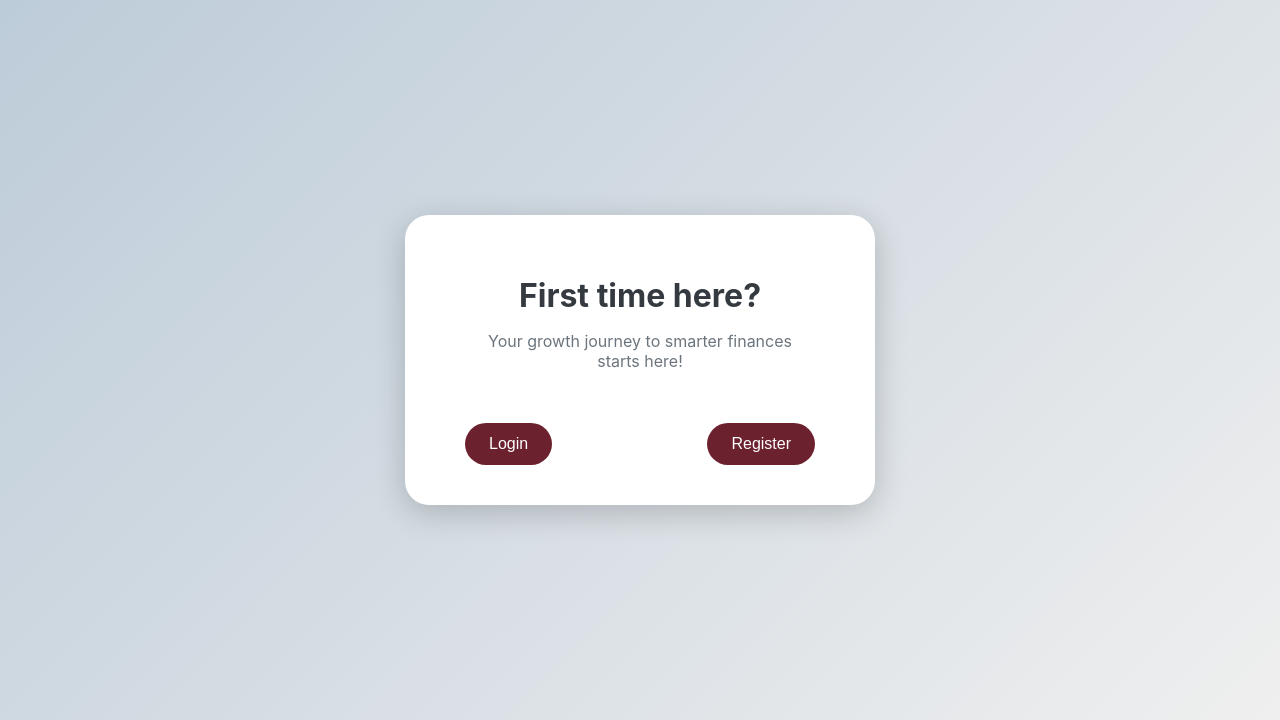
Repository: aab232/https---github.com-aab232-Deferred-Payment-Platform
Page: / (app in frontend/)
The author's editor kept a copy of each file at every save. The page is drawn from the files as they stood at one save, then again after the next save.
The browser window is 1280 px wide. The pictures show the whole page.
The project was rebuilt for these pictures with package versions that can differ from the ones it lists, and the page was loaded fresh each time. Also part of the build but not shown: frontend/src/components/Register.js, frontend/src/components/Login.js, frontend/src/components/Main.js.

Above is the page before, as saved 2025-03-19 13:37:40.

### frontend/src/App.js
import React from 'react';
import { BrowserRouter as Router, Routes, Route } from 'react-router-dom';
import Home from './components/Home';
import Register from './components/Register';
import Login from './components/Login';
import Main from './components/Main';

const App = () => {
  return (
    <Router>
      <Routes>
        <Route path="/" element={<Home />} />
        <Route path="/login" element={<Login />} />
        <Route path="/register" element={<Register />} />
        <Route path="/main" element={<Main />} />
      </Routes>
    </Router>
  );
};

export default App;

### frontend/src/components/Home.js
import React from 'react';
import { useNavigate } from 'react-router-dom';
import './Home.css';

const Home = () => {
  const navigate = useNavigate();

  return (
    <div className="container">
      <div className="card">
        <h1>First time here?</h1>
        <p>Your growth journey to smarter finances starts here!</p>
        <div className="button-group">
          <button onClick={() => navigate('/login')} className="btn">Login</button>
          <button onClick={() => navigate('/register')} className="btn">Register</button>
        </div>
      </div>
    </div>
  );
};

export default Home;

### frontend/src/components/Home.css
.container {
    display: flex;
    justify-content: center;
    align-items: center;
    height: 100vh; /* Full viewport height */
    background: linear-gradient(135deg, #252f3b, #252d3b); /* Elegant gradient */
  }

  .card {
    text-align: center;
    background: #fff;
    padding: 40px 60px;
    border-radius: 24px;
    box-shadow: 0 8px 32px rgba(0, 0, 0, 0.2);
    max-width: 350px;
    width: 100%;
  }

  h1 {
    margin-bottom: 16px;
    font-size: 28px;
    color: #252f3b;
  }

  p {
    margin-bottom: 32px;
    font-size: 16px;
    color: #555;
  }

  .button-group {
    display: flex;
    justify-content: space-between;
  }

  .btn {
    padding: 12px 24px;
    font-size: 16px;
    border: none;
    border-radius: 30px; /* Rounded buttons */
    cursor: pointer;
    transition: background 0.3s ease;
    color: white;
    background: #252f3b;
  }

  .btn:hover {
    background: #252f3b; /* Button hover effect */
  }

### frontend/src/components/Form.css
.container {
    display: flex;
    justify-content: center;
    align-items: center;
    height: 100vh;
    background: linear-gradient(135deg, #bdccd9, #efefef);
  }

  .form-card {
    background: white;
    padding: 40px 60px;
    border-radius: 24px;
    box-shadow: 0 8px 32px rgba(0, 0, 0, 0.2);
    max-width: 400px;
    width: 100%;
    text-align: center;
  }

  h2 {
    color: #252f3b;
  }

  input {
    display: block;
    width: 100%;
    margin: 10px 0;
    padding: 12px;
    border: 1px solid #ddd;
    border-radius: 30px;
  }

  .btn {
    padding: 12px 24px;
    margin-top: 20px;
    border-radius: 30px;
    border: none;
    color: white;
    background: #6b212e;
    cursor: pointer;
  }

  .btn:hover {
    background: #a41b34;
  }

  .link {
    color: #6b212e;
    cursor: pointer;
  }

### frontend/src/components/Main.css
.main-container {
    display: flex;
    flex-direction: column;
    align-items: center;
    justify-content: center;
    height: 100vh;
    background: #f8f9fa;
  }

  .taskbar {
    position: absolute;
    top: 20px;
    right: 40px;
    display: flex;
    gap: 20px;
  }

  .tab {
    cursor: pointer;
    padding: 8px 16px;
    border-radius: 8px;
    transition: background 0.3s ease;
  }

  .tab:hover {
    background: #007bff;
    color: white;
  }

  .logout {
    color: red;
  }

  h1 {
    font-size: 2rem;
    color: #343a40;
  }

  p {
    color: #6c757d;
  }

Loaded but not shown: frontend/public/index.html (common file); frontend/src/index.js (common file); frontend/src/index.css (common file)

After the next save:
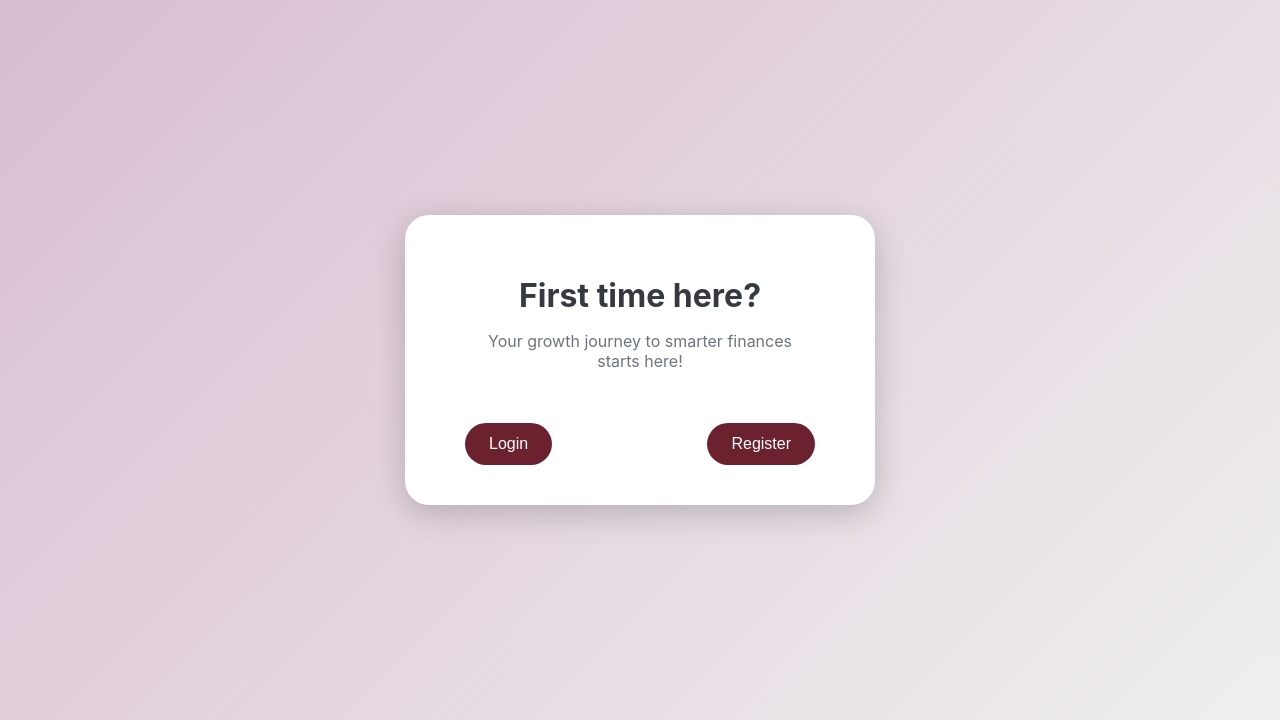
Saved 21 s later.
--- a/frontend/src/components/Form.css
+++ b/frontend/src/components/Form.css
@@ -3,7 +3,7 @@
     justify-content: center;
     align-items: center;
     height: 100vh;
-    background: linear-gradient(135deg, #bdccd9, #efefef);
+    background: linear-gradient(135deg, #d9bdd1, #efefef);
   }
 
   .form-card {
